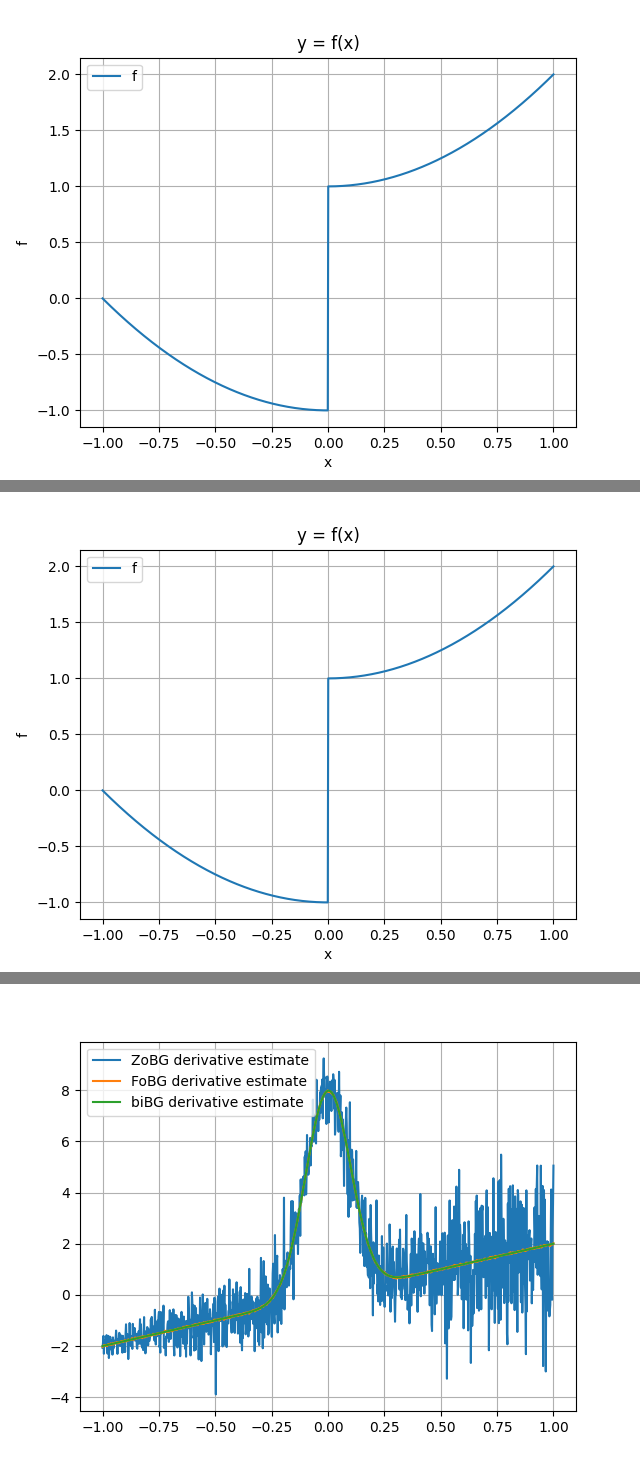
Repository: oomcth/Gradient-smoothing
Script's output: python test.py
The author's editor kept a copy of each file at every save. The script's output is drawn from the files as they stood at one save, then again after the next save.
Each picture stacks the figures in order, with grey between them; figures that are only written to a file come last. Random numbers start from a fixed seed.

Above is the script's output before, as saved 2025-11-23 12:31:15.

### test.py
import numpy as np
import matplotlib.pyplot as plt

rng = np.random.default_rng()
sigma = 0.1
t = 0.1


def coulomb_friction(x):
    return x**2 + (-1 if x < 0 else 1)


def smoothed_coulomb_friction(x, t):
    assert t > 0
    return x**2 + (-1 if x < -t / 2 else 1 if x > t / 2 else 2 * x / t)


def ReLU(x):
    return np.maximum(x, 0)


def visualize(f):
    xs = np.linspace(-1, 1, 1000)
    y = np.array([f(x) for x in xs])

    plt.plot(xs, y, label="f")

    plt.legend()
    plt.xlabel("x")
    plt.ylabel("f")
    plt.title("y = f(x)")
    plt.grid(True)
    plt.show()


def gaussian_pdf(x, mu=0.0, sigma=1.0):
    return 1.0 / (np.sqrt(2 * np.pi) * sigma) * np.exp(-0.5 * ((x - mu) / sigma) ** 2)


def zo_gradient(f, x, M=100):
    x = np.array([x], dtype=np.float64)
    omegas = np.random.normal(loc=0, scale=sigma, size=M)
    xs = x + omegas
    fx = np.array([f(xi) for xi in xs])
    glp = -omegas / (sigma**2)
    return -(fx * glp).sum(axis=0) / M


def fo_gradient(f, x, M=100):
    x = np.array([x], dtype=np.float64)
    omegas = np.random.normal(loc=0, scale=sigma, size=M)
    xs = x + omegas
    grads = 2 * xs
    return grads.mean() + 2 * gaussian_pdf(-x, mu=0, sigma=sigma)


def bi_gradient(f, x, M=100):
    x = np.array([x], dtype=np.float64)
    grads = 2 * x
    return grads.mean() + 2 * gaussian_pdf(-x, mu=0, sigma=sigma)


def visualize_derivatives(f):
    x = np.linspace(-1, 1, 1000)

    y1 = np.array([zo_gradient(f, l, M=100) for l in x])
    y2 = np.array([fo_gradient(f, l, M=100) for l in x])
    y3 = np.array([bi_gradient(f, l, M=100) for l in x])

    plt.plot(x, y1, label="ZoBG derivative estimate")
    plt.plot(x, y2, label="FoBG derivative estimate")
    plt.plot(x, y3, label="biBG derivative estimate")
    plt.legend()
    plt.grid(True)
    plt.show()


visualize(coulomb_friction)
visualize(coulomb_friction)
visualize_derivatives(coulomb_friction)

After the next save:
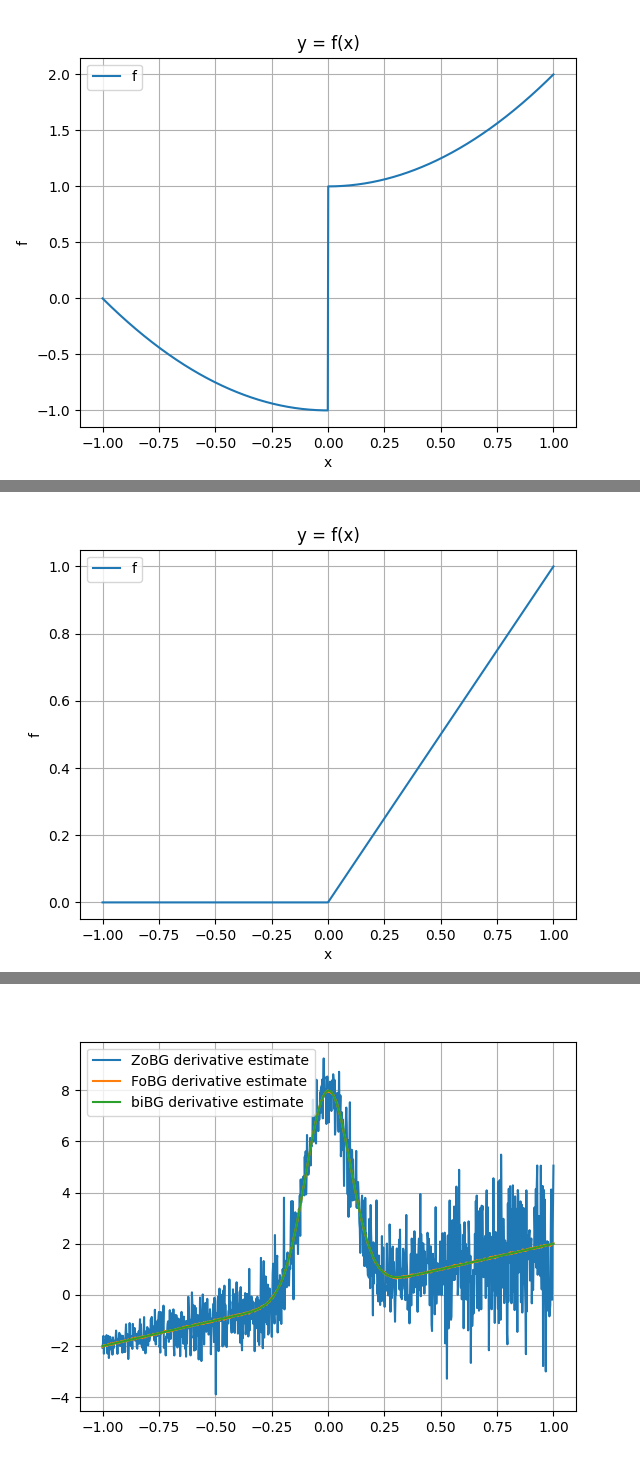
Saved 6 s later.
--- a/test.py
+++ b/test.py
@@ -76,5 +76,5 @@ def visualize_derivatives(f):
 
 
 visualize(coulomb_friction)
-visualize(coulomb_friction)
+visualize(ReLU)
 visualize_derivatives(coulomb_friction)
